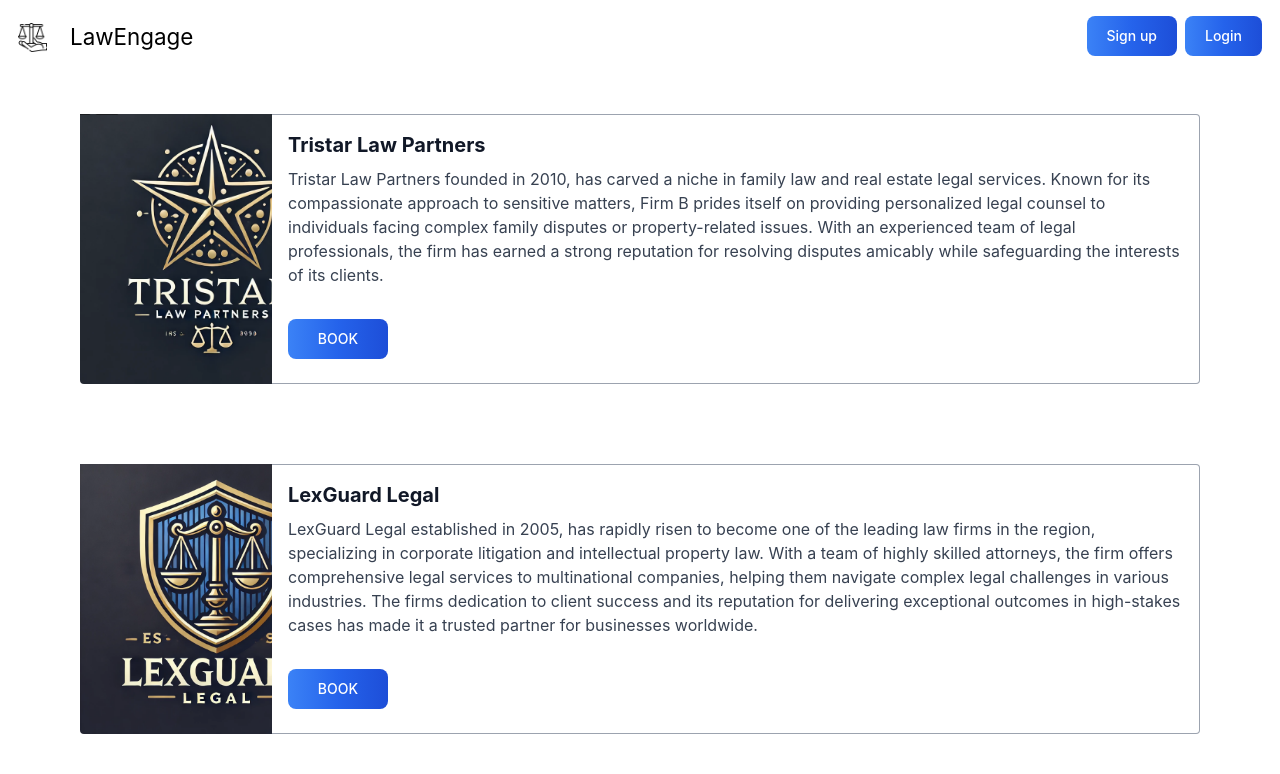
Repository: khushijain8/Lawyer-appointment-application
Page: /book (app in frontend/)
An editor plug-in stored every save of this project. The page is shown before and after the next save, followed by the edit.
The browser window is 1280 px wide. The pictures show the whole page.
The project was rebuilt for these pictures with package versions that can differ from the ones it lists, and the page was loaded fresh each time. Also part of the build but not shown: frontend/src/App.css, frontend/src/components/Signup/Signup.css, frontend/src/components/Signup/Signup.jsx, frontend/src/components/Login/Login.css, frontend/src/components/Login/Login.jsx, frontend/src/components/LawyerHistoryContainer/LawyerHistoryContainer.css, frontend/src/components/LawyerHistoryContainer/LawyerHistoryContainer.jsx, frontend/src/components/Admin/Admin.jsx and 5 more.

Above is the page before, as saved 2025-01-26 19:13:15.

After the next save:
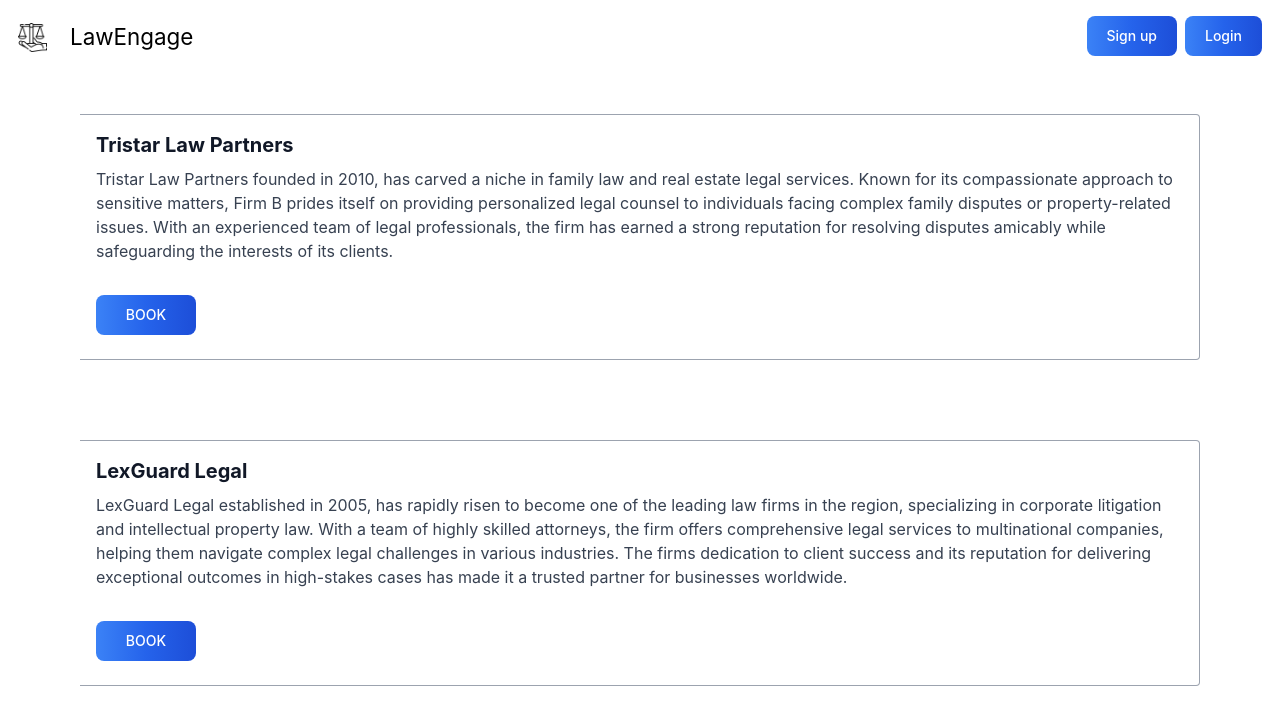
Saved 3 min 59 s later.
--- a/frontend/src/components/Book/Book.jsx
+++ b/frontend/src/components/Book/Book.jsx
@@ -16,7 +16,7 @@
     <>
     <div className='root-div mx-10 ' >
       <div className="max-w-sm w-full lg:max-w-full lg:flex p-10">
-        <div className="h-48 lg:h-auto lg:w-48 flex-none bg-cover rounded-t lg:rounded-t-none lg:rounded-l text-center overflow-hidden" style={{ backgroundImage: `url(${tristar})` }}>
+        <div className="h-38 lg:h-auto lg:w-38 flex-none bg-cover rounded-t lg:rounded-t-none lg:rounded-l text-center overflow-hidden" style={{ backgroundImage: `url(${tristar})` }}>
         </div>
         <div className="border-r border-b border-l border-gray-400 lg:border-l-0 lg:border-t lg:border-gray-400 bg-white rounded-b lg:rounded-b-none lg:rounded-r p-4 flex flex-col justify-between leading-normal">
           <div className="mb-8">
@@ -27,7 +27,7 @@
         </div>
       </div>
       <div className="max-w-sm w-full lg:max-w-full lg:flex p-10">
-        <div className="h-48 lg:h-auto lg:w-48 flex-none bg-cover rounded-t lg:rounded-t-none lg:rounded-l text-center overflow:hidden" style={{ backgroundImage: `url(${lexguard})` }}>
+        <div className="h-38 lg:h-auto lg:w-38 flex-none bg-cover rounded-t lg:rounded-t-none lg:rounded-l text-center overflow:hidden" style={{ backgroundImage: `url(${lexguard})` }}>
         </div>
         <div className="border-r border-b border-l border-gray-400 lg:border-l-0 lg:border-t lg:border-gray-400 bg-white rounded-b lg:rounded-b-none lg:rounded-r p-4 flex flex-col justify-between leading-normal">
           <div className="mb-8">

After the 2 saves that followed:
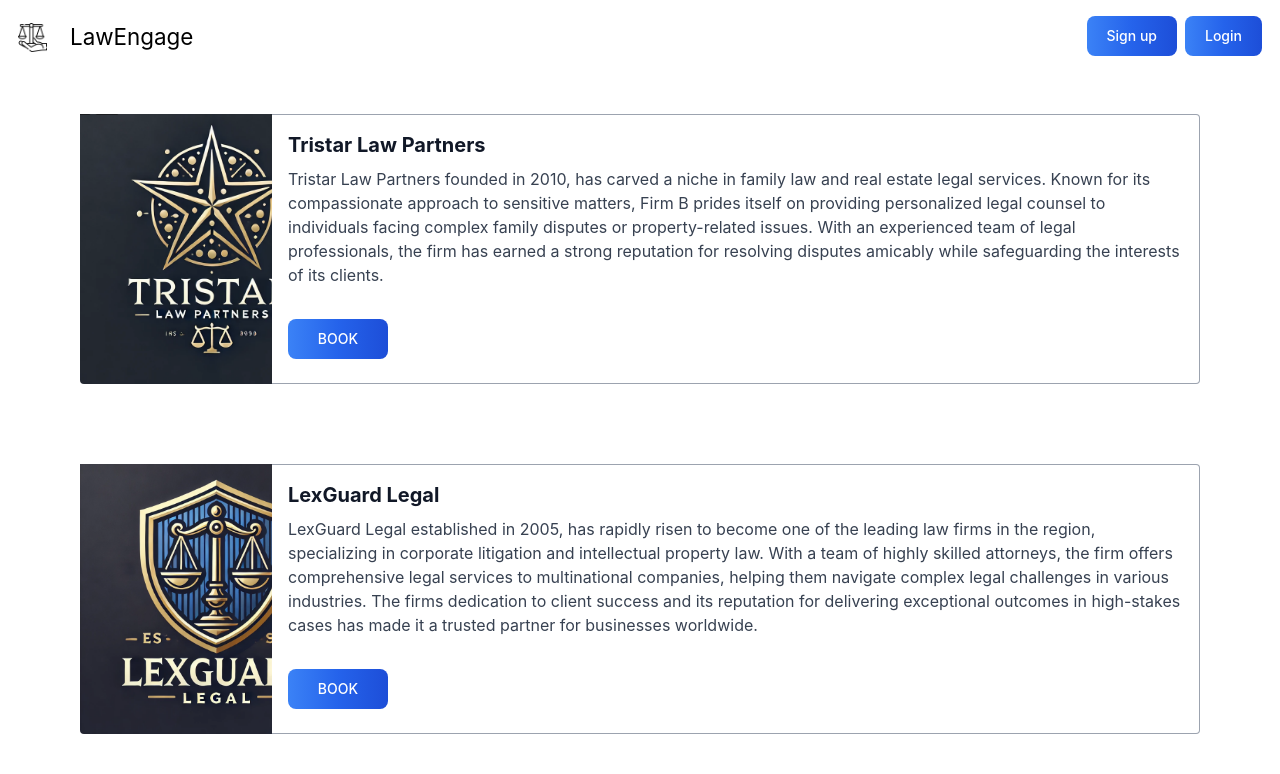
The 2 saves are shown as one change because 1 left the picture as it was.
The last was saved 41 s later.
--- a/frontend/src/components/Book/Book.jsx
+++ b/frontend/src/components/Book/Book.jsx
@@ -16,7 +16,7 @@
     <>
     <div className='root-div mx-10 ' >
       <div className="max-w-sm w-full lg:max-w-full lg:flex p-10">
-        <div className="h-38 lg:h-auto lg:w-38 flex-none bg-cover rounded-t lg:rounded-t-none lg:rounded-l text-center overflow-hidden" style={{ backgroundImage: `url(${tristar})` }}>
+        <div className="h-48 lg:h-auto lg:w-48 flex-none bg-cover rounded-t lg:rounded-t-none lg:rounded-l text-center overflow-hidden" style={{ backgroundImage: `url(${tristar})` }}>
         </div>
         <div className="border-r border-b border-l border-gray-400 lg:border-l-0 lg:border-t lg:border-gray-400 bg-white rounded-b lg:rounded-b-none lg:rounded-r p-4 flex flex-col justify-between leading-normal">
           <div className="mb-8">
@@ -27,7 +27,7 @@
         </div>
       </div>
       <div className="max-w-sm w-full lg:max-w-full lg:flex p-10">
-        <div className="h-38 lg:h-auto lg:w-38 flex-none bg-cover rounded-t lg:rounded-t-none lg:rounded-l text-center overflow:hidden" style={{ backgroundImage: `url(${lexguard})` }}>
+        <div className="h-48 lg:h-auto lg:w-48 flex-none bg-cover rounded-t lg:rounded-t-none lg:rounded-l text-center overflow:hidden" style={{ backgroundImage: `url(${lexguard})` }}>
         </div>
         <div className="border-r border-b border-l border-gray-400 lg:border-l-0 lg:border-t lg:border-gray-400 bg-white rounded-b lg:rounded-b-none lg:rounded-r p-4 flex flex-col justify-between leading-normal">
           <div className="mb-8">
